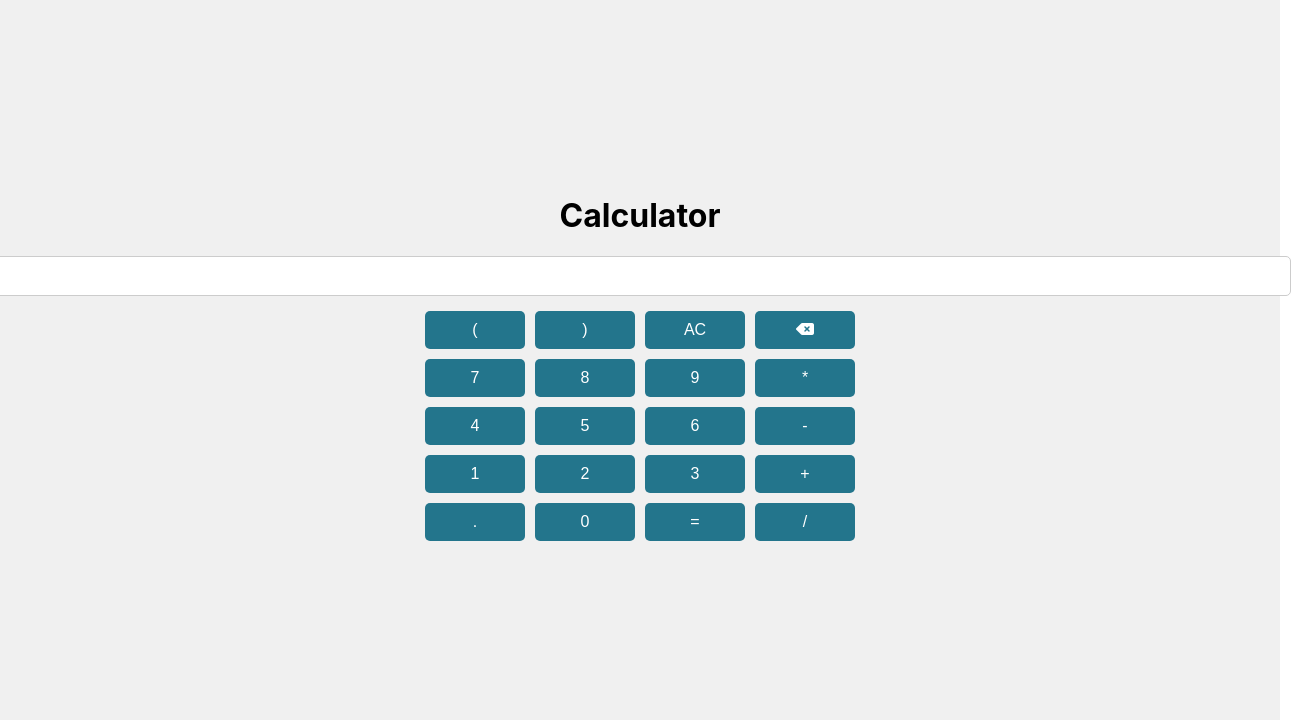
Repository: thesaherriaz/Calculator-React
Page: /
An editor plug-in stored every save of this project. The page is shown before and after the next save, followed by the edit.
The browser window is 1280 px wide. The page is 1291 px wide, so the pictures cover 1291 px, including what lies to the right of the window. The pictures show the whole page.
The project was rebuilt for these pictures with package versions that can differ from the ones it lists, and the page was loaded fresh each time.

Above is the page before, as saved 2025-06-18 15:10:56.

After the next save:
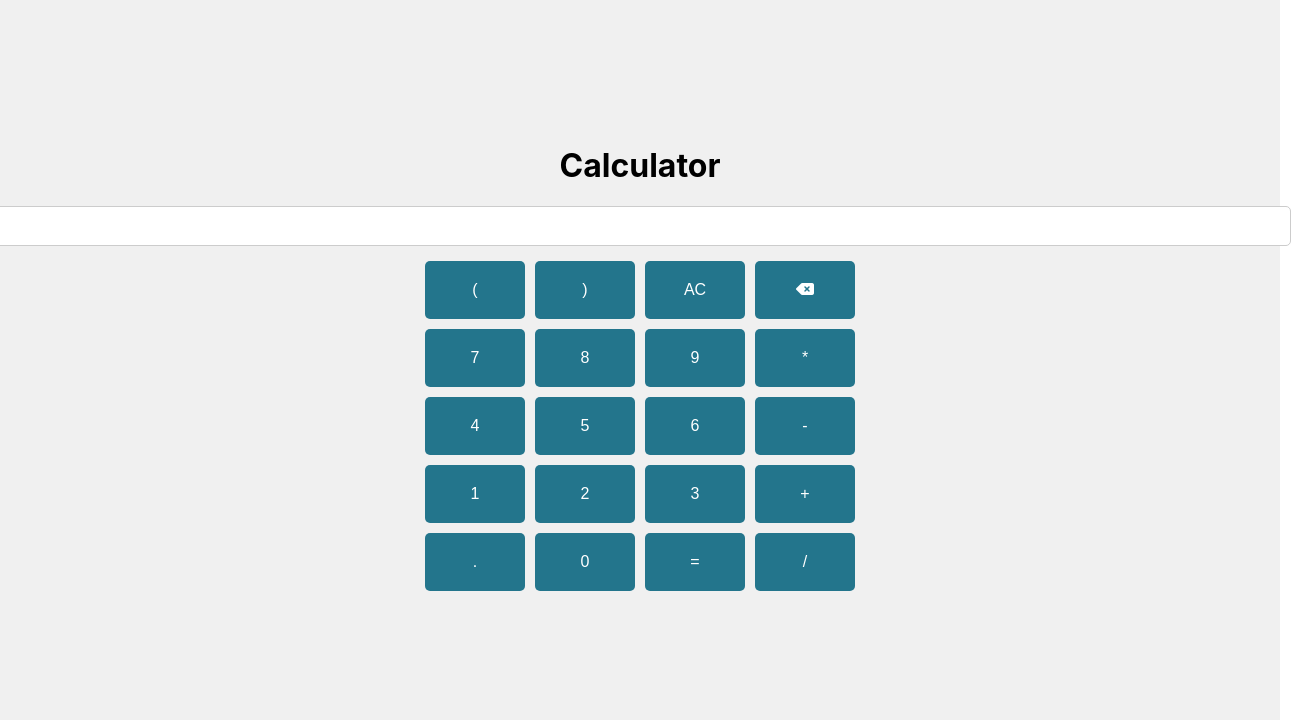
Saved 10 s later.
--- a/src/compnents/Calculator.css
+++ b/src/compnents/Calculator.css
@@ -11,7 +11,7 @@
   width: 100px;
   color: white;
   border: none;
-  padding: 10px 20px;
+  padding: 20px;
   font-size: 16px;
   cursor: pointer;
   border-radius: 5px;
